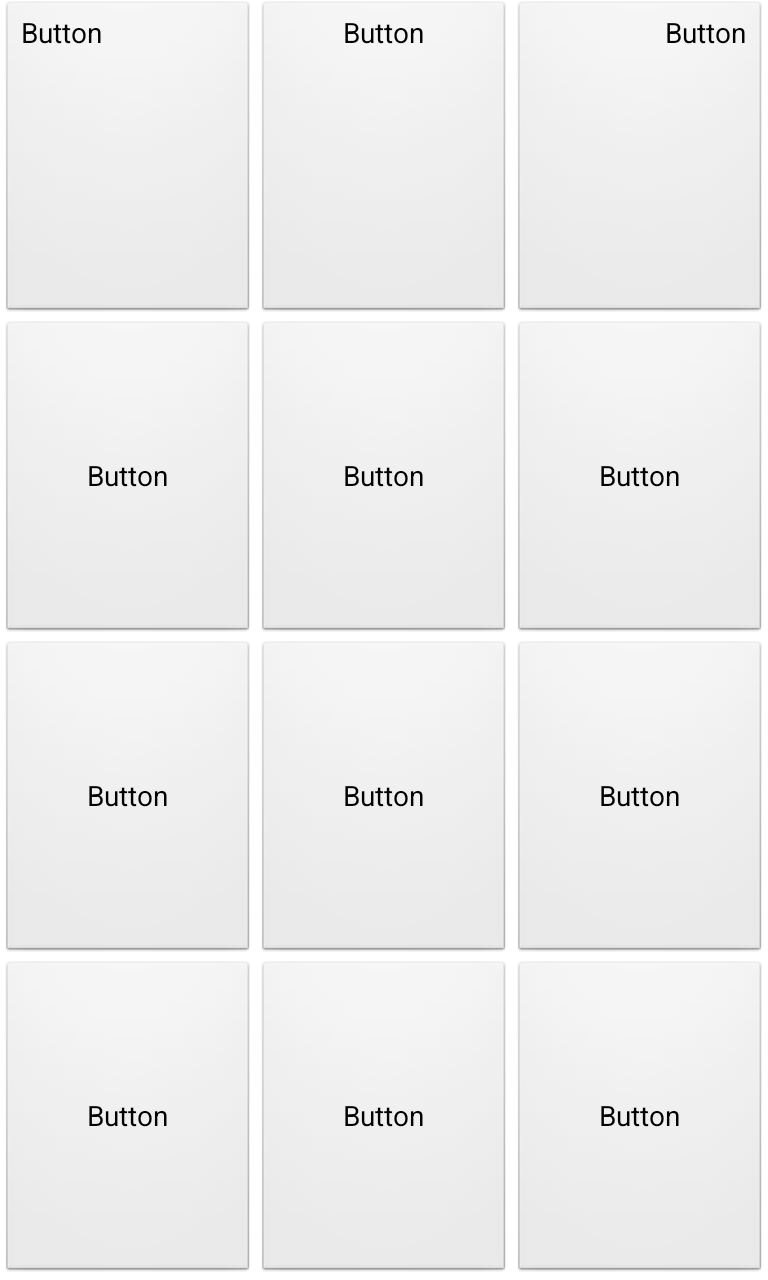
Repository: ApplucoJason/AndroidTest
Layout: MyFirstApp/res/layout/second.xml
The author's editor kept a copy of each file at every save. The layout is drawn from the files as they stood at one save, then again after the next save.
It is drawn on a 768 x 1280 px phone screen (xhdpi) without system bars, with theme AppTheme; the app's code is not run.

Above is the layout before, as saved 2013-09-04 12:22:15.

### MyFirstApp/res/layout/second.xml
<?xml version="1.0" encoding="utf-8"?>
<LinearLayout xmlns:android="http://schemas.android.com/apk/res/android"
    android:layout_width="match_parent"
    android:layout_height="match_parent"
    android:orientation="vertical" >

    <LinearLayout
        android:layout_width="match_parent"
        android:layout_height="wrap_content"
        android:layout_weight="1" >

        <Button
            android:id="@+id/button1"
            android:layout_width="wrap_content"
            android:layout_height="match_parent"
            android:layout_weight="1"
            android:gravity="left|top"
            android:text="Button" />

        <Button
            android:id="@+id/button5"
            android:layout_width="wrap_content"
            android:layout_height="fill_parent"
            android:layout_weight="1"
            android:gravity="center|top"
            android:text="Button" />

        <Button
            android:id="@+id/button9"
            android:layout_width="wrap_content"
            android:layout_height="fill_parent"
            android:layout_weight="1"
            android:gravity="right|top"
            android:text="Button" />
    </LinearLayout>

    <LinearLayout
        android:layout_width="match_parent"
        android:layout_height="wrap_content"
        android:layout_weight="1" >

        <Button
            android:id="@+id/button2"
            android:layout_width="wrap_content"
            android:layout_height="fill_parent"
            android:layout_weight="1"
            android:text="Button" />

        <Button
            android:id="@+id/button6"
            android:layout_width="wrap_content"
            android:layout_height="match_parent"
            android:layout_weight="1"
            android:text="Button" />

        <Button
            android:id="@+id/button10"
            android:layout_width="wrap_content"
            android:layout_height="fill_parent"
            android:layout_weight="1"
            android:text="Button" />
    </LinearLayout>

    <LinearLayout
        android:layout_width="match_parent"
        android:layout_height="wrap_content"
        android:layout_weight="1" >

        <Button
            android:id="@+id/button3"
            android:layout_width="wrap_content"
            android:layout_height="fill_parent"
            android:layout_weight="1"
            android:text="Button" />

        <Button
            android:id="@+id/button7"
            android:layout_width="wrap_content"
            android:layout_height="fill_parent"
            android:layout_weight="1"
            android:text="Button" />

        <Button
            android:id="@+id/button11"
            android:layout_width="wrap_content"
            android:layout_height="fill_parent"
            android:layout_weight="1"
            android:text="Button" />
    </LinearLayout>

    <LinearLayout
        android:layout_width="match_parent"
        android:layout_height="wrap_content"
        android:layout_weight="1" >

        <Button
            android:id="@+id/button4"
            android:layout_width="wrap_content"
            android:layout_height="fill_parent"
            android:layout_weight="1"
            android:text="Button" />

        <Button
            android:id="@+id/button8"
            android:layout_width="wrap_content"
            android:layout_height="fill_parent"
            android:layout_weight="1"
            android:text="Button" />

        <Button
            android:id="@+id/button12"
            android:layout_width="wrap_content"
            android:layout_height="match_parent"
            android:layout_weight="1"
            android:text="Button" />
    </LinearLayout>

</LinearLayout>

Loaded but not shown: MyFirstApp/res/values/styles.xml (common file)

After the next save:
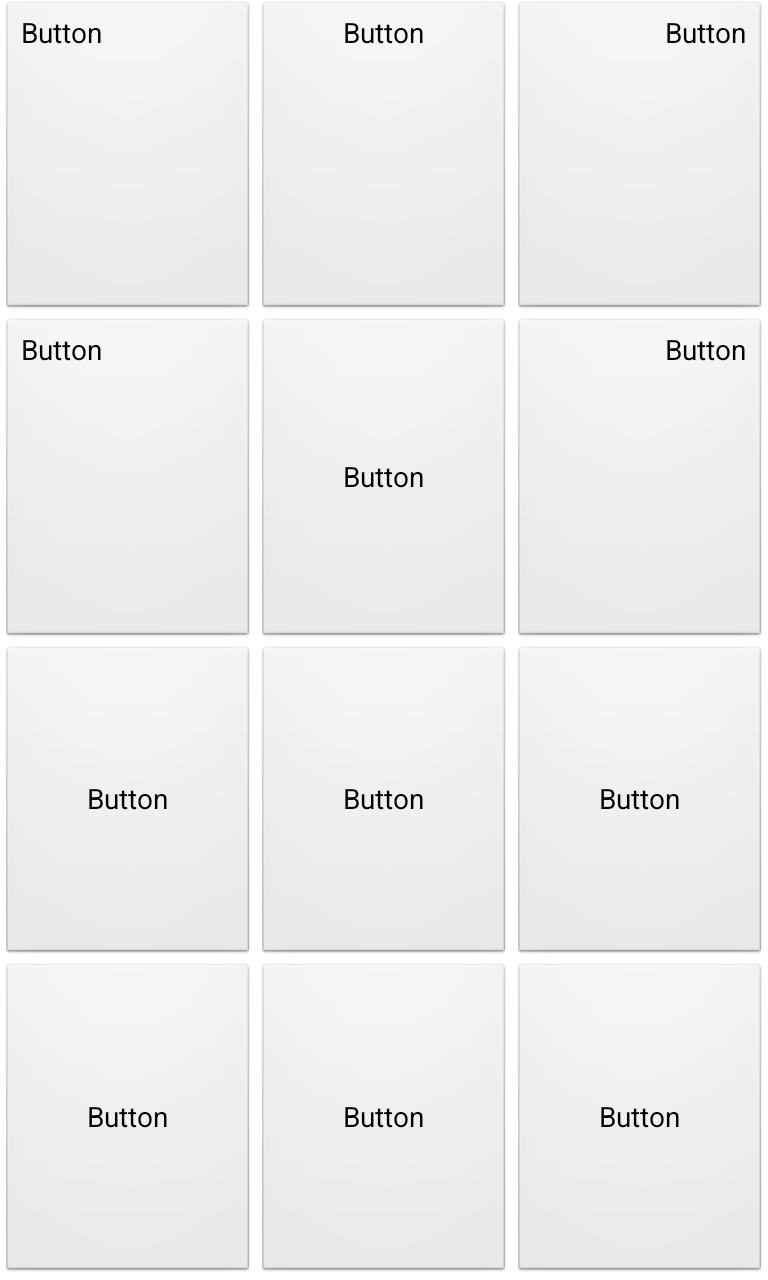
Saved 49 s later.
--- a/MyFirstApp/res/layout/second.xml
+++ b/MyFirstApp/res/layout/second.xml
@@ -44,6 +44,7 @@
             android:layout_width="wrap_content"
             android:layout_height="fill_parent"
             android:layout_weight="1"
+            android:gravity="left"
             android:text="Button" />
 
         <Button
@@ -51,6 +52,7 @@
             android:layout_width="wrap_content"
             android:layout_height="match_parent"
             android:layout_weight="1"
+             android:gravity="center"
             android:text="Button" />
 
         <Button
@@ -58,6 +60,7 @@
             android:layout_width="wrap_content"
             android:layout_height="fill_parent"
             android:layout_weight="1"
+             android:gravity="right"
             android:text="Button" />
     </LinearLayout>
 
